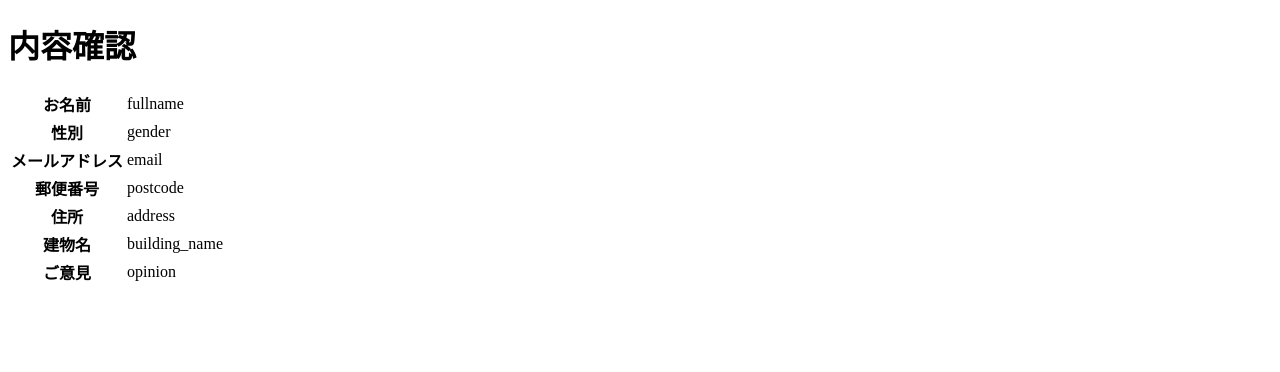
Repository: 1000sky/20220728majima
Page: resources/views/confirmation.blade.php
The author's editor kept a copy of each file at every save. The page is drawn from the files as they stood at one save, then again after the next save.
The browser window is 1280 px wide. The pictures show the whole page.
The page is served by the project's Laravel application, run on PHP 8.4 with Laravel 8. The template is opened directly, without the code that normally fills it, so the values that code supplies are empty.

Above is the page before, as saved 2022-07-24 12:01:38.

After the next save:
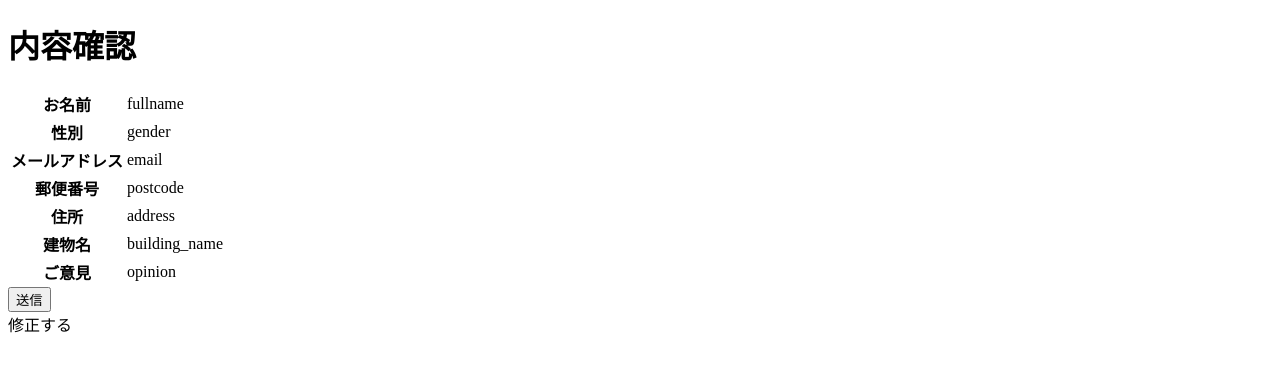
Saved 84 s later.
--- a/advance-test/resources/views/confirmation.blade.php
+++ b/advance-test/resources/views/confirmation.blade.php
@@ -38,7 +38,8 @@
             <td>opinion</td>
         </tr>
     </table>
-    <boutton></boutton>
+    <button>送信</button>
+    <div><a href=""></a>修正する</div>
 
 </body>
 </html>
